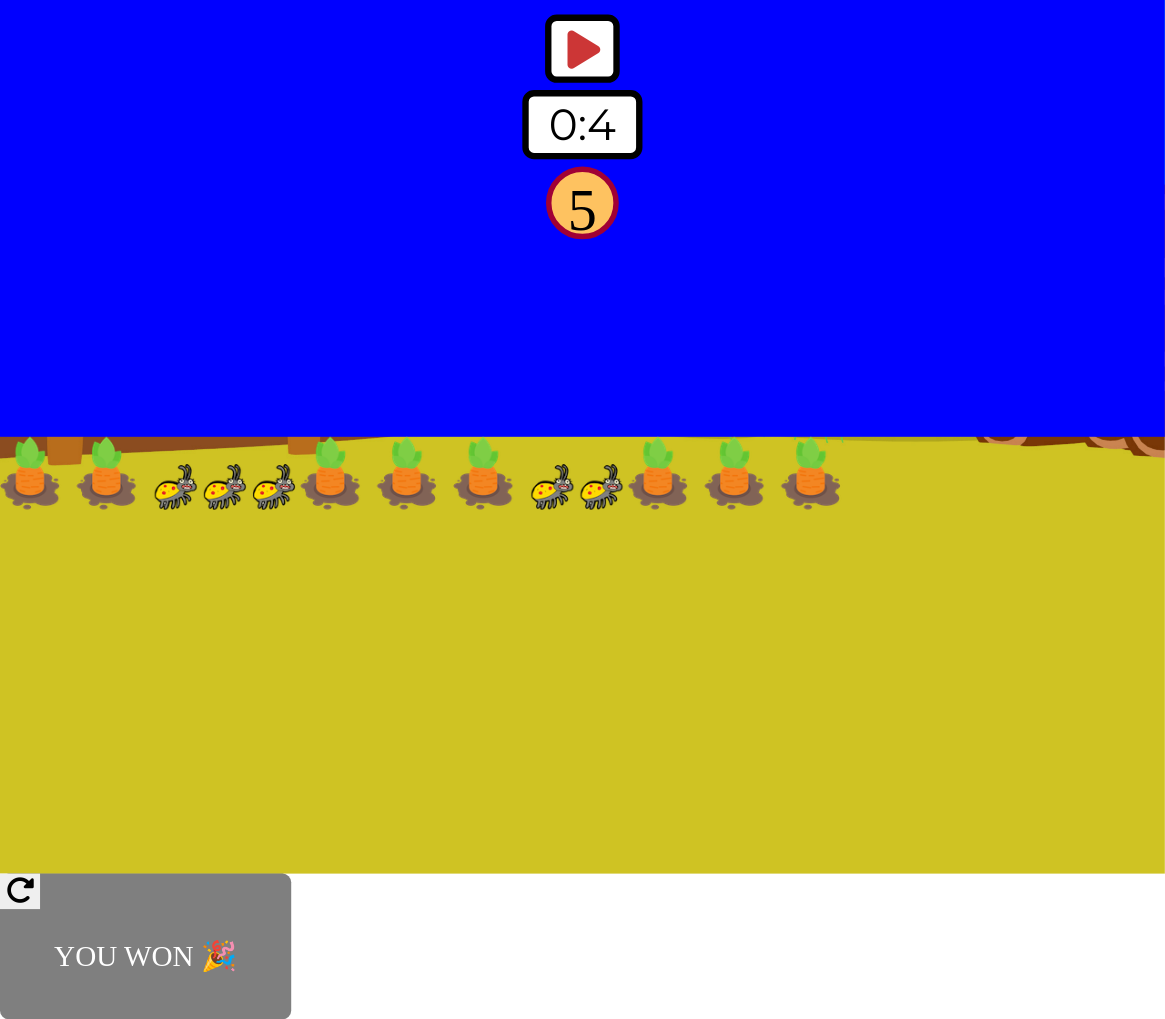
Repository: sephinejo/Mini-carrot-game
Page: index.html
The author's editor kept a copy of each file at every save. The page is drawn from the files as they stood at one save, then again after the next save.
The browser window is 1280 px wide. The pictures show the whole page, at 91% of full size.
Some web fonts or font styles are not loaded; a fallback is used. Some web libraries are served in a nearby version.

Above is the page before, as saved 2023-05-15 09:08:18.

### index.html
<!DOCTYPE html>
<html lang="en">
  <head>
    <meta charset="UTF-8" />
    <meta http-equiv="X-UA-Compatible" content="IE=edge" />
    <meta name="viewport" content="width=device-width, initial-scale=1.0" />
    <title>Mini Carrot Game👩‍🌾🥕</title>
    <link rel="stylesheet" href="style.css" />
    <link rel="preconnect" href="https://fonts.googleapis.com" />
    <link rel="preconnect" href="https://fonts.gstatic.com" crossorigin />
    <link
      href="https://fonts.googleapis.com/css2?family=Alice&family=Lato:wght@400;700&family=Montserrat:wght@400;500;600;700&family=Raleway:wght@400;600;700;800&family=Ubuntu&display=swap"
      rel="stylesheet"
    />
    <script
      src="https://kit.fontawesome.com/9ac80604cb.js"
      crossorigin="anonymous"
    ></script>
    <script src="main.js" defer></script>
  </head>
  <body>
    <section class="container">
      <header class="info">
        <button class="info__play">
          <i class="fa-solid fa-play"></i>
        </button>
        <span class="info__timer">0:4</span>
        <span class="info__counter">5</span>
      </header>
      <div class="field">
        <img class="carrot" src="img/carrot.png" alt="carrot" />
        <img class="carrot" src="img/carrot.png" alt="carrot" />
        <img class="bug" src="img/bug.png" alt="bug" />
        <img class="bug" src="img/bug.png" alt="bug" />
        <img class="bug" src="img/bug.png" alt="bug" />
        <img class="carrot" src="img/carrot.png" alt="carrot" />
        <img class="carrot" src="img/carrot.png" alt="carrot" />
        <img class="carrot" src="img/carrot.png" alt="carrot" />
        <img class="bug" src="img/bug.png" alt="bug" />
        <img class="bug" src="img/bug.png" alt="bug" />
        <img class="carrot" src="img/carrot.png" alt="carrot" />
        <img class="carrot" src="img/carrot.png" alt="carrot" />
        <img class="carrot" src="img/carrot.png" alt="carrot" />
      </div>
    </section>
    <section class="pop-up">
      <button class="pop-up__replay">
        <i class="fa-sharp fa-solid fa-rotate-right"></i>
      </button>
      <p class="pop-up__message">YOU WON 🎉</p>
    </section>
  </body>
</html>

### style.css
* {
  box-sizing: border-box;
}

body {
  margin: auto;
}

.container {
  background: url('img/background.png') center/cover;
  height: 60rem;
  display: flex;
  flex-direction: column;
}

.info {
  width: 100%;
  height: 100%;
  background-color: blue;
  display: flex;
  flex-direction: column;
  align-items: center;
  height: 30rem;
  padding: 1rem 0;
}

button {
  border: none;
  outline: none;
  cursor: pointer;
}

.info__play {
  font-size: 3rem;
  color: #cc3636;
  border: 0.45rem solid black;
  border-radius: 0.8rem;
  background-color: white;
  padding: 0.4rem 0.9rem 0rem 1.1rem;
  margin-bottom: 0.5rem;
}

.info__play:hover {
  transform: scale(1.1);
  transition: transform 200ms ease-in;
}

.info__timer {
  font-family: Montserrat;
  font-size: 3rem;
  border: 0.45rem solid black;
  border-radius: 0.8rem;
  background-color: white;
  padding: 0.1rem 1.4rem;
  margin-bottom: 0.5rem;
}

.info__counter {
  font-family: Alice;
  font-size: 4rem;
  border: 0.4rem solid #a10035;
  border-radius: 50%;
  background-color: #fec260;
  width: 5rem;
  height: 5rem;
  text-align: center;
  padding: 0.4rem;
}

.pop-up {
  width: 20rem;
  height: 10rem;
  background: rgba(0, 0, 0, 0.5);
  border-radius: 0.6rem;
  left: 41%;
}

.pop-up__replay {
  font-size: 2rem;
  outline: none;
}

.pop-up__message {
  font-family: Alice;
  font-size: 2rem;
  text-align: center;
  color: white;
}

Loaded but not shown: main.js (no copy from this time; the picture is the same without it)

After the next save:
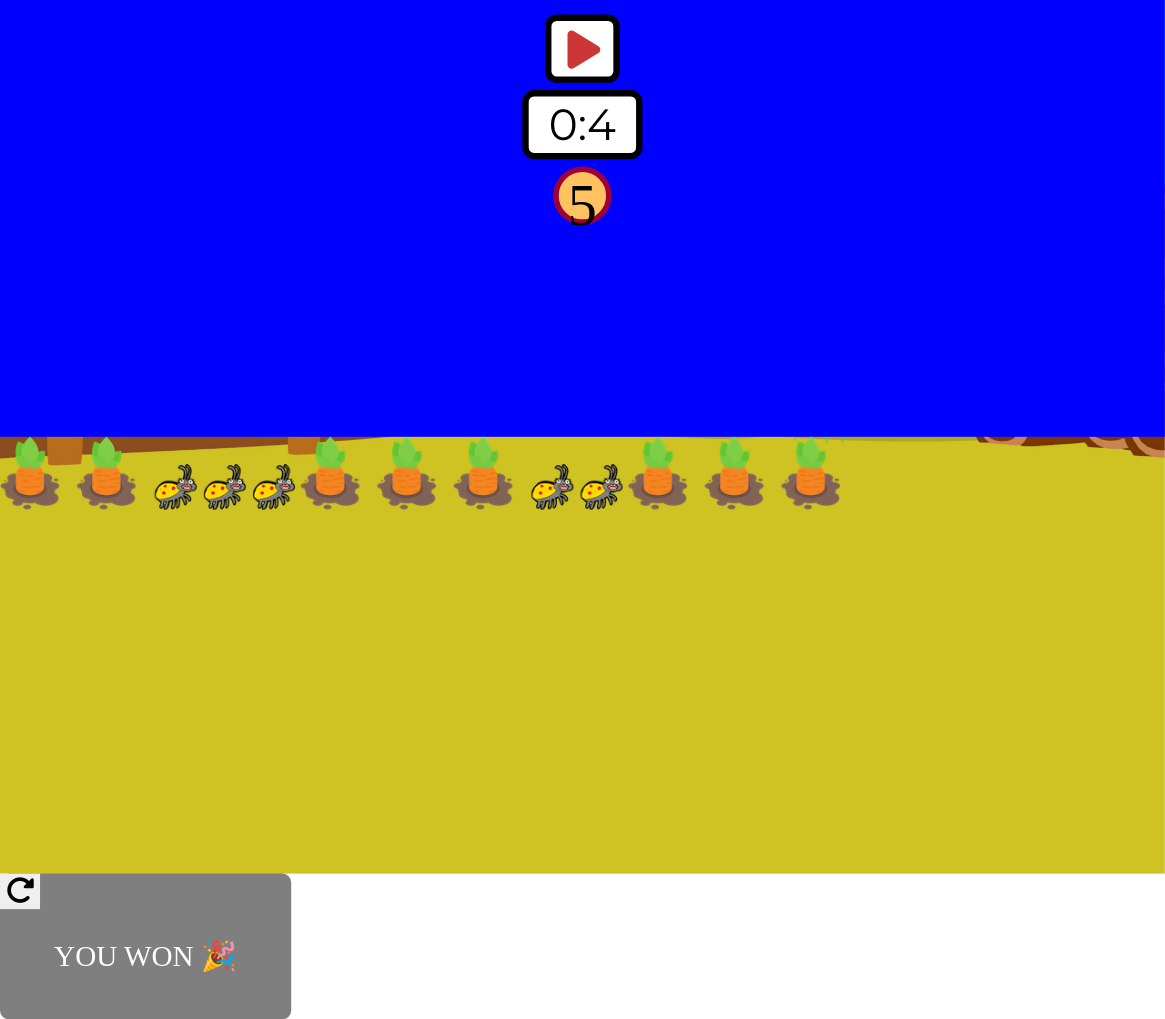
Saved 21 s later.
--- a/style.css
+++ b/style.css
@@ -61,10 +61,9 @@ button {
   border: 0.4rem solid #a10035;
   border-radius: 50%;
   background-color: #fec260;
-  width: 5rem;
-  height: 5rem;
+  width: 4rem;
+  height: 4rem;
   text-align: center;
-  padding: 0.4rem;
 }
 
 .pop-up {
